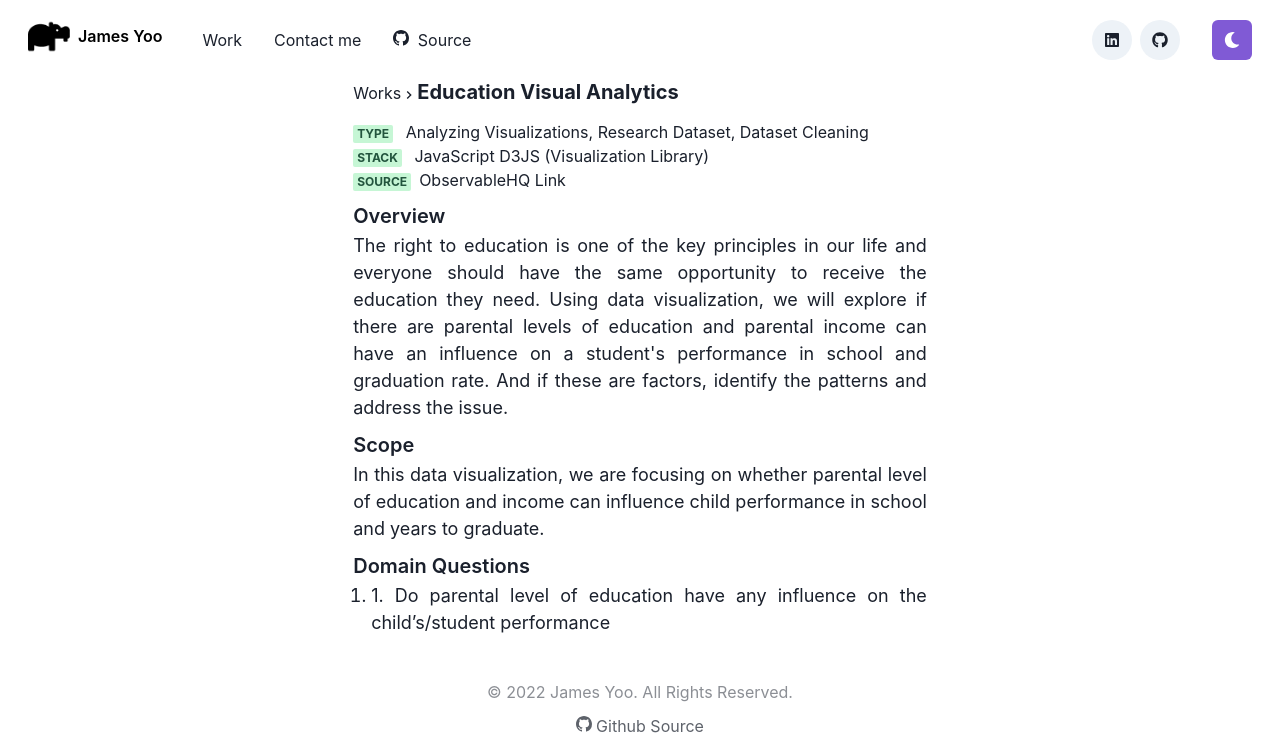
Repository: jammy729/portfolio-2022
Page: /work/educationvisualanalytics
An editor plug-in stored every save of this project. The page is shown before and after the next save, followed by the edit.
The browser window is 1280 px wide. The pictures show the whole page.
The project was rebuilt for these pictures with package versions that can differ from the ones it lists, and the page was loaded fresh each time. Also part of the build but not shown: src/components/home.js, src/components/contact.js, src/components/layouts/layout.js, src/components/work/work.js, src/components/work/Development/WorldInstitutionDatabase/worldinstitutiondatabase.js, src/components/work/Development/GeoMemories/geomemories.js, src/components/work/Design/ExperienceDesign/experiencedesign.js, src/components/work/Development/PersonalPortfolio/personalportfolio.js. Imported but missing from the stored project, and not drawn on this page: src/components/work/Design/FinestCup/finestcup, src/components/work/Development/WorldInstitutionDatabase/universityDatabase.mp4.

Above is the page before, as saved 2022-06-28 15:09:37.

After the next save:
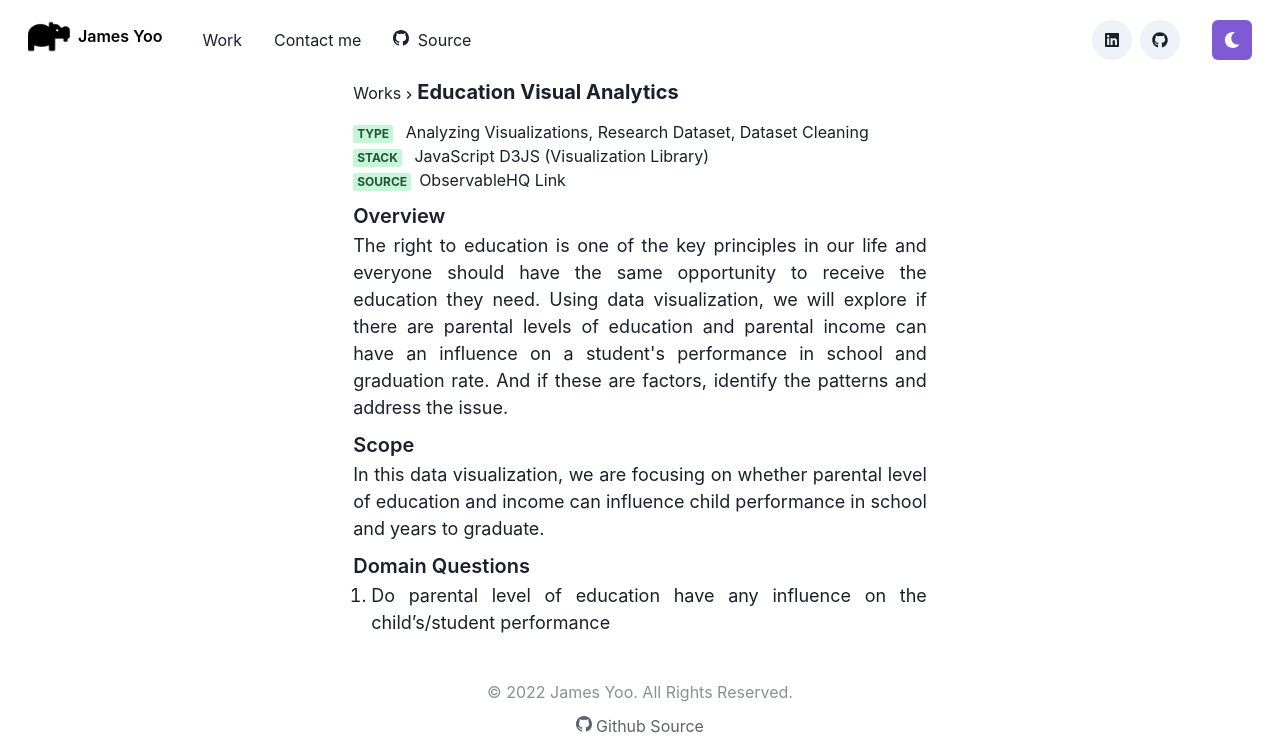
Saved 10 s later.
--- a/src/components/work/Development/EducationVisualAnalytics/educationvisualanalytics.js
+++ b/src/components/work/Development/EducationVisualAnalytics/educationvisualanalytics.js
@@ -52,7 +52,7 @@ const EducationVisualAnalytics = () => {
         <DescriptionText>
           <OrderedList>
             <ListItem>
-              1. Do parental level of education have any influence on the
+              Do parental level of education have any influence on the
               child’s/student performance
             </ListItem>
           </OrderedList>
